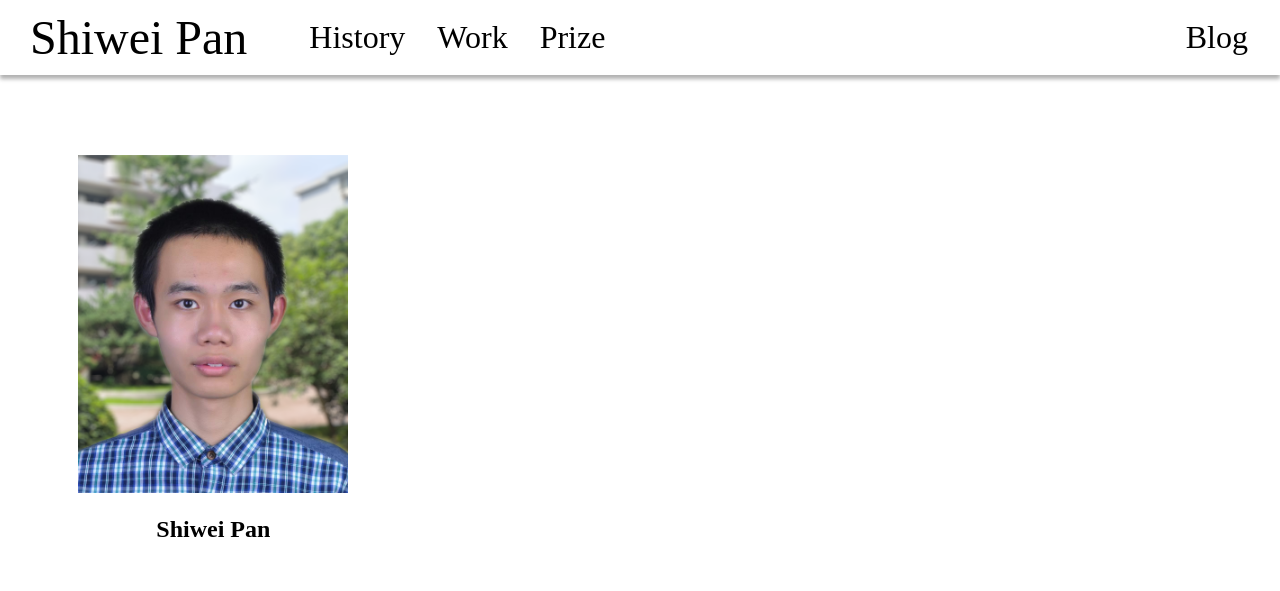
Repository: erikpsw/web
Page: new/psw.html
The author's editor kept a copy of each file at every save. The page is drawn from the files as they stood at one save, then again after the next save.
The browser window is 1280 px wide. The pictures show the whole page.

Above is the page before, as saved 2022-06-16 22:14:27.

### new/psw.html
<!DOCTYPE html>
<html>
<head>
<meta charset="utf-8">
<title>Shiwei Pan</title>
<link rel="stylesheet" type="text/css" href="styles.css">
</head>
<body class="body">
<nav id="start_box">
    <a class="nav" id="title" href="">Shiwei Pan</a>
    <a class="nav" href="" >History</a>
    <a class="nav" href="">Work</a>
    <a class="nav" href="">Prize</a>
    <a class="nav" id="myblog" target="_blank" href="https://erikpsw.github.io/">Blog</a>
</nav>
<section>
    <div id="profile">
        <img src="\pic\mine.png" id="mine">
        <h2 id="intro">Shiwei Pan</h2>
    </div>
</section>
</body>
</html>

### new/styles.css
#start_box
{
    background-color: whit;
    display:flex;
    box-shadow: 0 0.25rem 0.25rem 0 rgb(0 0 0 / 31%);
}

#title{
    text-decoration: none;
    font-family:"Times New Roman",Georgia,Serif;
    font-style:inherit;
    padding:10px 30px 10px;
    color:black;
    font-size: 3em;
}

.nav{
    text-decoration: none;
    font-family:"Times New Roman",Georgia,Serif;
    padding-left:1em;
    color:black;
    display: inline-flex;
    align-items: center;
    font-size: 2em;
}

.body{
    margin: 0%;
}

#myblog{
    margin-left: auto;
    padding-right: 1em;
}

#mine{
    width: 270px;
    height: 337.5px;
}

#profile{
    text-align: center;
    margin-top: 5em;
    max-width: 33.333%;
}

#intro{
    font-family: "Times New Roman",Georgia,Serif;
    font-size: 1.5em;
}

After the next save:
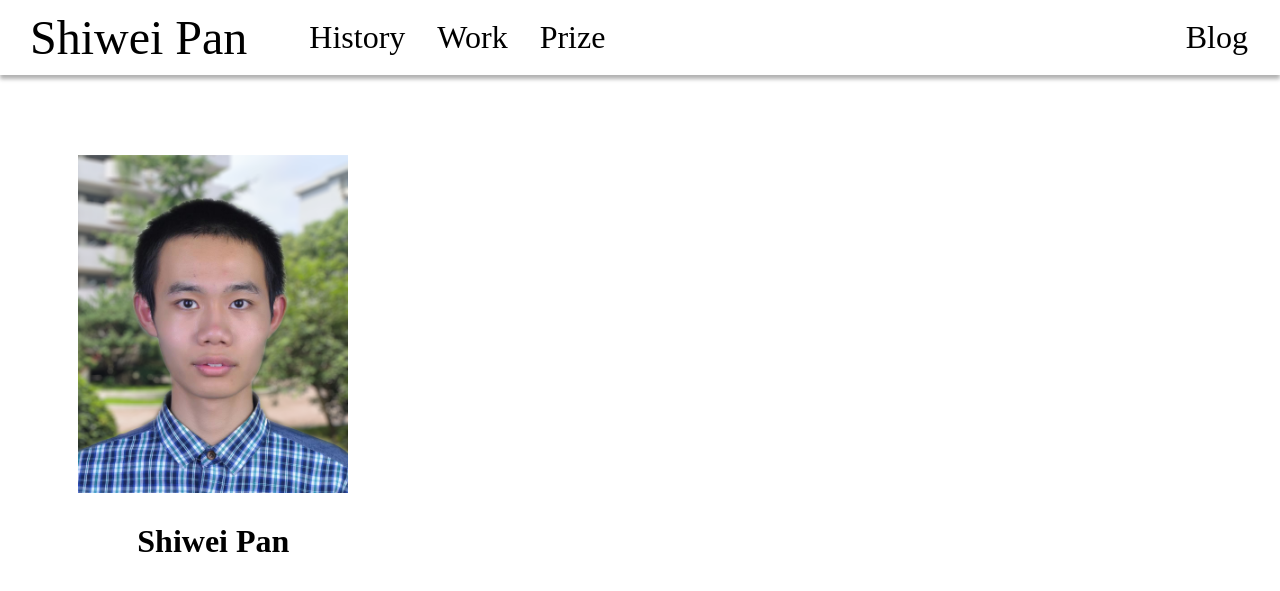
Saved 4 s later.
--- a/new/styles.css
+++ b/new/styles.css
@@ -46,5 +46,5 @@
 
 #intro{
     font-family: "Times New Roman",Georgia,Serif;
-    font-size: 1.5em;
+    font-size: 2em;
 }
